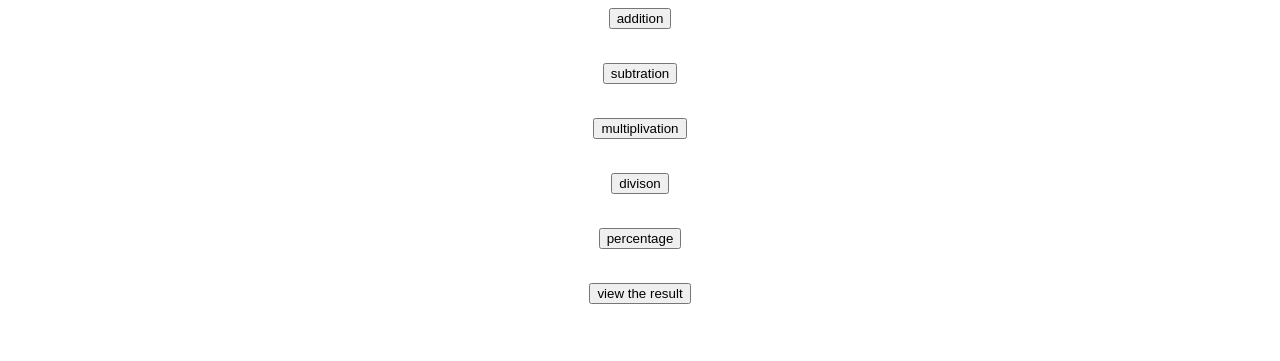
Repository: dhanasekar13/servlet
Page: mystore/war/details.html
These files come from the project's save history. The page is drawn as it stood at one moment and after the next save; the edit follows.
The browser window is 1280 px wide. The pictures show the whole page.

Above is the page before, as saved 2017-05-08 18:07:49.

After the next save:
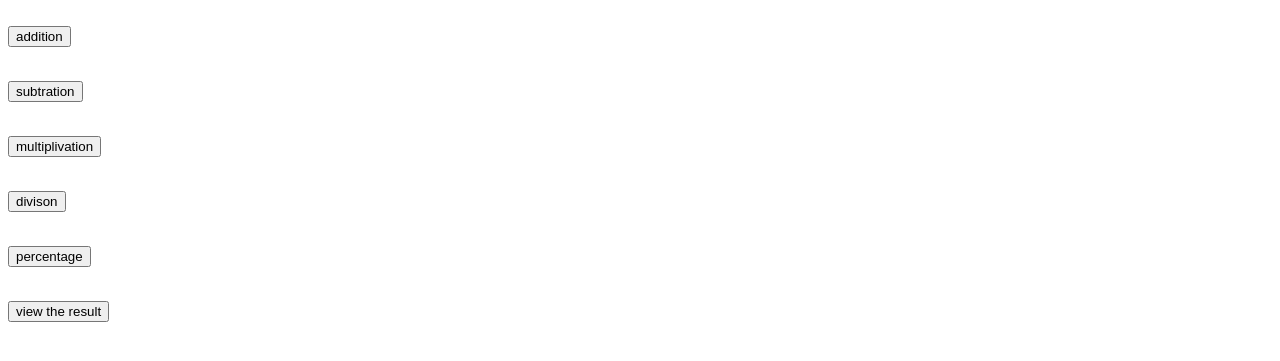
Saved 9 s later.
--- a/mystore/war/details.html
+++ b/mystore/war/details.html
@@ -1,6 +1,6 @@
 <html>
 <body>
-<center>
+<br>
 <form method="get" action="mystor">
 <input type="hidden" value=1>
 <input type="submit" value="addition">
@@ -24,7 +24,7 @@
 <form method="get" action="mystor">
 <input type="hidden" value=1>
 <input type="submit" value="view the result">
-</form></center>
+</form>
 </body>
 
 </html>
